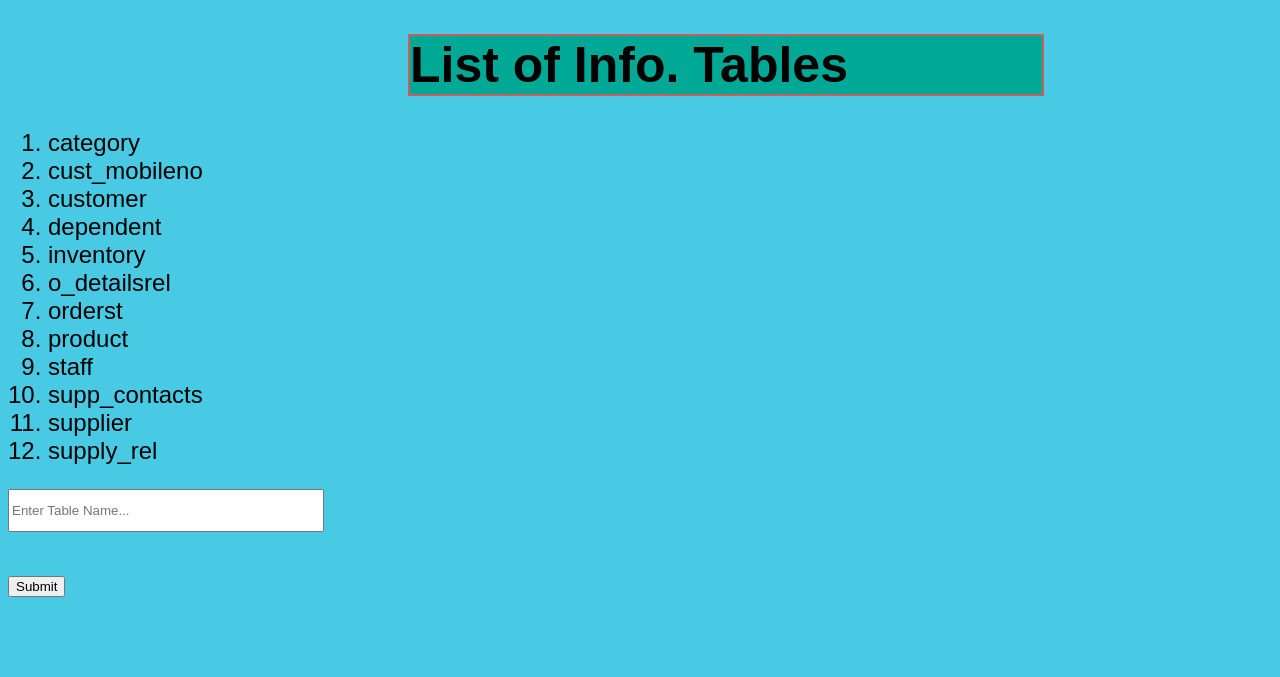
Repository: cyrusdwivedi2002/inventory-management-system
Page: DemoApp/src/main/webapp/view.html
An editor plug-in stored every save of this project. The page is shown before and after the next save, followed by the edit.
The browser window is 1280 px wide. The pictures show the whole page.
The pointer rests on the first visible `button`.
Some web fonts or font styles are not loaded; a fallback is used.

Above is the page before, as saved 2022-06-24 19:03:41.

### DemoApp/src/main/webapp/view.html
<!DOCTYPE html>
<html>
<head>
<meta charset="ISO-8859-1">
<link rel="preconnect" href="https://fonts.googleapis.com">
<link rel="preconnect" href="https://fonts.gstatic.com" crossorigin>
<link href="https://fonts.googleapis.com/css2?family=Anek+Latin:wght@500&family=Smooch&display=swap" rel="stylesheet">
<style>

body {
background-color: #48cae4;
font-family: 'Anek Latin', sans-serif;
}

h1{
color: black;
background-color:#00a896;
width: 50%;
margin-left:8em;
border: 2px solid indianred;
font-size:50px;
}

li{
font-size:x-large;
}
input{
  width: 25%;
  padding-top:12px;
  padding-bottom:12px;
  margin: 8px 0;
  box-sizing: border-box;
}
input[type=text]:focus {
  border: 3px solid #555;
}

</style>
<title>Insert title here</title>
</head>
<body>
<form action = "./ViewTable" method = "post">
	 <h1>List of Info. Tables</h1>
	 <ol>
  <li>category</li>
  <li>cust_mobileno</li>
  <li>customer</li>
  <li>dependent</li>
  <li>inventory</li>
  <li>o_detailsrel</li>
  <li>orderst</li>
  <li>product</li>
  <li>staff</li>
  <li>supp_contacts</li>
  <li>supplier</li>
  <li>supply_rel</li>

	</ol>
	 <input type="text" name="table_name" placeholder="Enter Table Name..."/>
	 <br/><br/><br/>
	  <button>Submit</button>

</form>


</body>
</html>

After the next save:
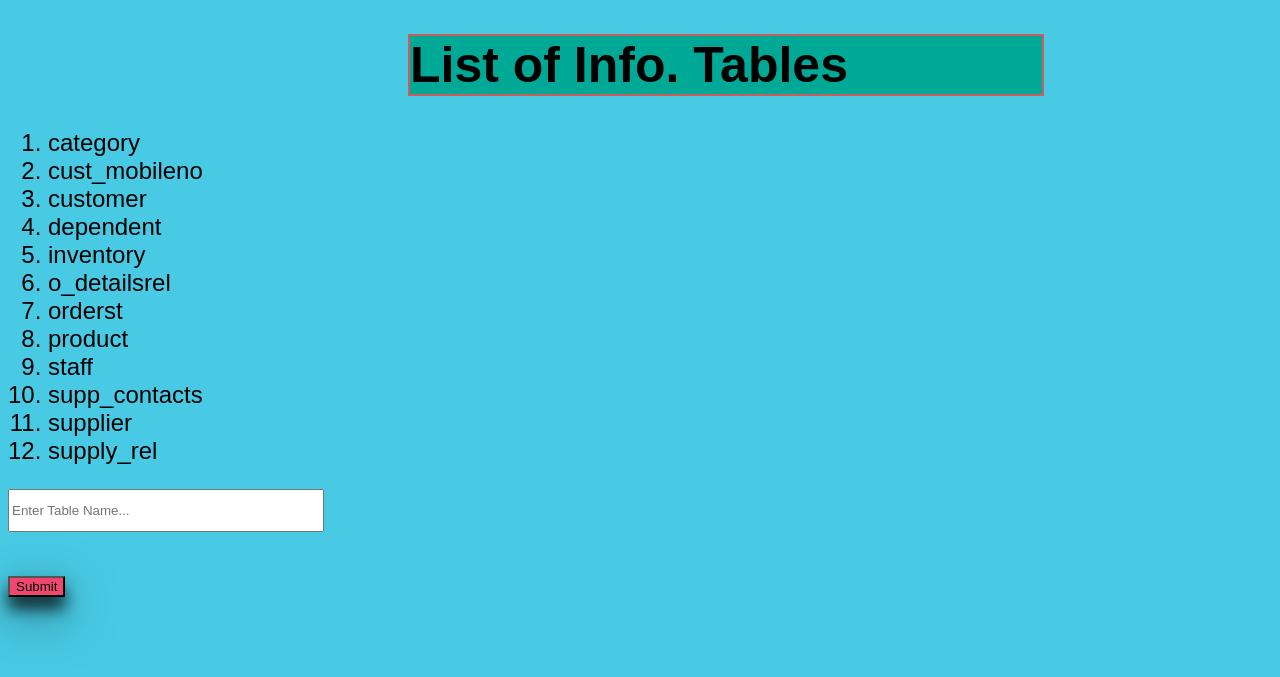
Saved 30 s later.
--- a/DemoApp/src/main/webapp/view.html
+++ b/DemoApp/src/main/webapp/view.html
@@ -35,6 +35,17 @@ input[type=text]:focus {
   border: 3px solid #555;
 }
 
+button:hover{
+cursor:pointer;
+background-color:#ef476f;
+box-shadow: 0 12px 16px 0 rgba(0,0,0,0.75), 0 17px 50px 0 rgba(0,0,0,0.50);
+transition: all 0.4s;
+}
+button:active {
+  background-color: #4CAF50; /* Green */
+  color: white;
+}
+
 </style>
 <title>Insert title here</title>
 </head>
